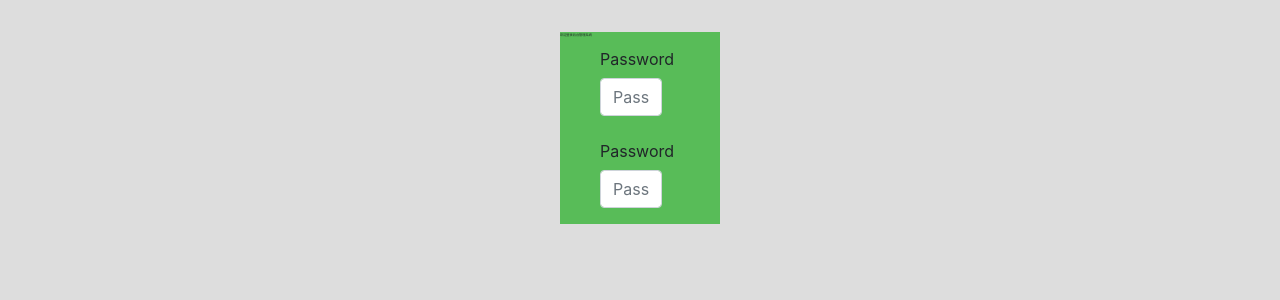
Repository: gzh51904/baiyangApp
Page: / (app in houtai/Vue-admin/)
These files come from the project's save history. The page is drawn as it stood at one moment and after the next save; the edit follows.
The browser window is 1280 px wide. The pictures show the whole page.
The project was rebuilt for these pictures with package versions that can differ from the ones it lists, and the page was loaded fresh each time. Also part of the build but not shown: houtai/Vue-admin/vue.config.js.

Above is the page before, as saved 2019-05-11 09:57:12.

### houtai/Vue-admin/public/index.html
<!DOCTYPE html>
<html lang="en">
  <head>
    <meta charset="utf-8">
    <meta http-equiv="X-UA-Compatible" content="IE=edge">
    <meta name="viewport" content="width=device-width,initial-scale=1.0">
    <link rel="icon" href="<%= BASE_URL %>favicon.ico">
    <title>secco-admin</title>
    <style>
    html,body{
      width:100%;
      height:100%;
    }

    </style>
  </head>
  <body>

    <div id="app"></div>
    <!-- built files will be auto injected -->
  </body>
</html>

### houtai/Vue-admin/src/main.js
import Vue from 'vue'
import App from './App.vue'
import router from './router/router'
import store from './store'

// import axios from "axios";
// Vue.prototype.$axios = axios;

// import bootstrap lib to the project,没有路径就会直接去找node_modules
import "bootstrap";

import 'lib-flexible';
Vue.config.productionTip = false

new Vue({
  router,
  store,
  render: h => h(App)
}).$mount('#app')

### houtai/Vue-admin/src/App.vue
<template>
  <div id="app">

    <router-view/>
  </div>
</template>
<script>
export default {

}
</script>

<style>
@import  '../node_modules/bootstrap/dist/css/bootstrap.css';

#app{
  height:100%;
  width:100%;
  background-color: #ddd;
  overflow:hidden;
}
</style>

### houtai/Vue-admin/src/router/router.js
import Vue from 'vue'
import Router from 'vue-router'
import Login from '../pages/login.vue'


Vue.use(Router)

export default new Router({
  mode: 'history',
  base: process.env.BASE_URL,
  routes: [
    {
      path: '/',
      name: 'Login',
      component: Login
    },
    {
      path: '/admin',
      name: 'admin',
      meta: {
        requireAuth: true
      },
      // route level code-splitting
      // this generates a separate chunk (about.[hash].js) for this route
      // which is lazy-loaded when the route is visited.
      component: () => import(/* webpackChunkName: "about" */ '../pages/admin/admin.vue'),
      children: [
        {
          path: 'goods',
          name: 'goods',
          title: '商品管理',
          component: () => import('../pages/admin/goods/goods'),//路径要自己改
          children:[
            {
              path: 'list',
              name: 'list',
              title: '商品列表',
              component: () => import('../pages/admin/goods/list'),//路径要自己改
            },
            {
              path: 'categories',
              name: 'categories',
              title: '商品分类',
              component: () => import('../pages/admin/goods/categories'),//路径要自己改
            },
            {
              path: 'addgoods',
              name: 'addgoods',
              title: '添加商品',
              component: () => import('../pages/admin/goods/addgoods'),//路径要自己改
            },
          ]
        },
        {
          path: 'users',
          name: 'users',
          title: '用户管理',
          component: () => import('../pages/admin/users/users'),//路径要自己改
          children:[
            {
              path: 'list',
              name: 'list',
              title: '用户列表',
              component: () => import('../pages/admin/users/list'),//路径要自己改
            },
            {
              path: 'adduser',
              name: 'adduser',
              title: '添加用户',
              component: () => import('../pages/admin/users/adduser'),//路径要自己改
            },

          ]
        },
      ]
    }
  ]
})

### houtai/Vue-admin/src/store/index.js
import Vue from 'vue'
import Vuex from 'vuex'
import createPersistedState from 'vuex-persistedstate'

Vue.use(Vuex)

/* eslint-disable no-new */
const store = new Vuex.Store({
  plugins: [createPersistedState()],
  modules: {
  }
})

export default store

### houtai/Vue-admin/src/pages/login.vue
<template>
<div class="login">
    <h3>欢迎登录后台管理系统</h3>

<form class="login-form">
   <div class="form-group row">
    <label for="inputUsername" class="col-sm-2 col-form-label">Password</label>
    <div class="col-sm-10">
      <input type="password" class="form-control" id="inputUsername" placeholder="Password">
    </div>
  </div>
  <div class="form-group row">
    <label for="inputPassword" class="col-sm-2 col-form-label">Password</label>
    <div class="col-sm-10">
      <input type="password" class="form-control" id="inputPassword" placeholder="Password">
    </div>
  </div>
</form>


</div>
</template>
<script>
export default {

}
</script>
<style lang="scss" scoped>
.login{
    margin: 2rem auto;
    overflow:hidden;
    width: 10rem;
    /* height:5rem; */
    background-color:#58bc58;
    padding-top:.013333rem;
    h3{
        margin: .133333rem auto;
        font-size: .2rem;
    }
    .login-form{
        width:5rem;
        margin:0px auto;
    }
}
</style>

After the next save:
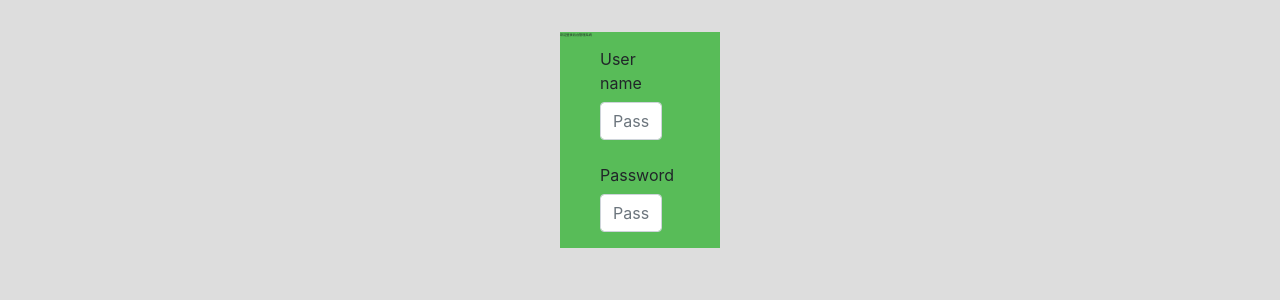
Saved 11 s later.
--- a/houtai/Vue-admin/src/pages/login.vue
+++ b/houtai/Vue-admin/src/pages/login.vue
@@ -4,7 +4,7 @@
 
 <form class="login-form">
    <div class="form-group row">
-    <label for="inputUsername" class="col-sm-2 col-form-label">Password</label>
+    <label for="inputUsername" class="col-sm-2 col-form-label">User name</label>
     <div class="col-sm-10">
       <input type="password" class="form-control" id="inputUsername" placeholder="Password">
     </div>
